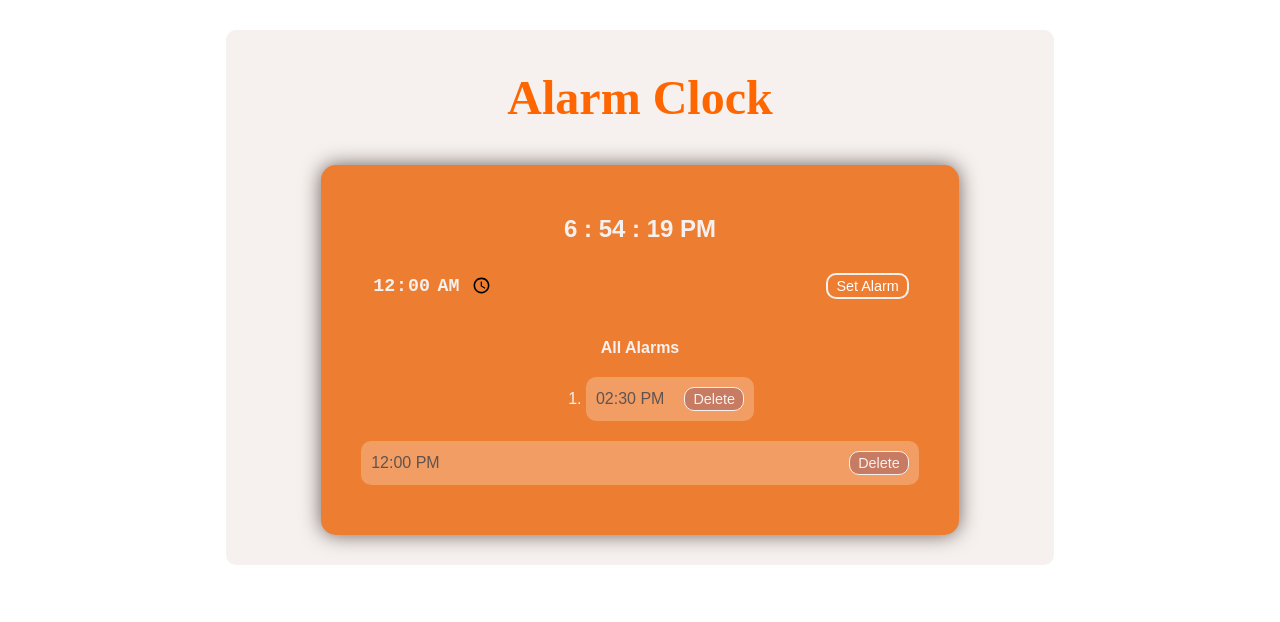
Repository: Pragya016/Alarm-Clock
Page: Index.html
The author's editor kept a copy of each file at every save. The page is drawn from the files as they stood at one save, then again after a run of saves.
The browser window is 1280 px wide. The pictures show the whole page.
After loading, the first visible `#set-alarm-btn` was clicked once.

Above is the page before, as saved 2024-01-19 19:25:14.

After the next 2 saves:
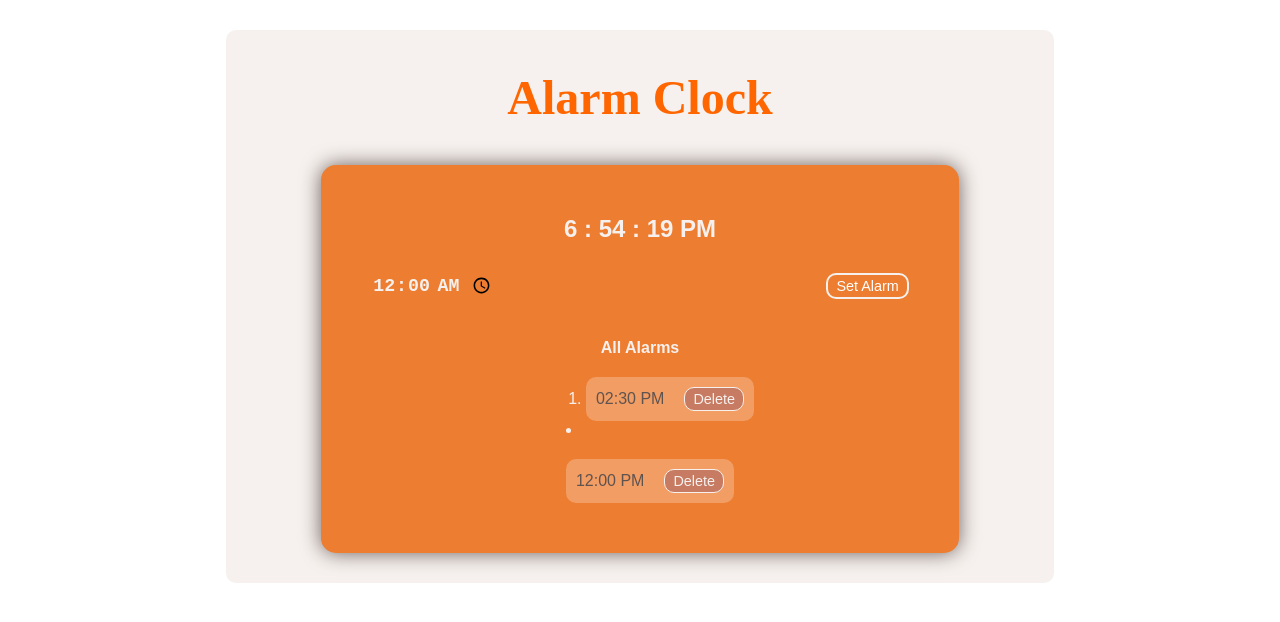
The 2 saves are shown as one change because they came seconds apart.
The last was saved 9 s later.
--- a/clock.js
+++ b/clock.js
@@ -46,7 +46,8 @@ setNewAlarmBtn.addEventListener('click', () => {
         }
 
         // html for newly created alarm
-        const newAlarm = `
+    const newAlarm = `
+        <li>
             <div class="alarm">
                 <p class="preSetAlarmTime">
                     ${hourVal}:${minVal} ${hourVal >= 12 ? 'PM' : 'AM'}
